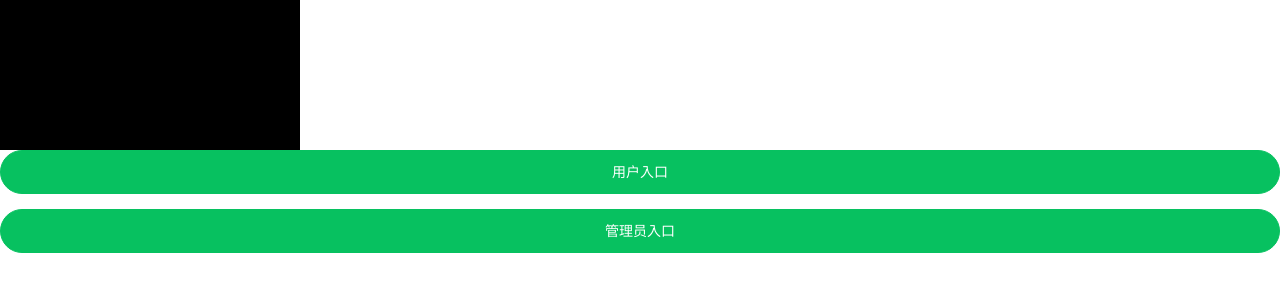
Repository: fisher002/sports
Page: /
The author's editor kept a copy of each file at every save. The page is drawn from the files as they stood at one save, then again after the next save.
The browser window is 1280 px wide. The pictures show the whole page.
The project was rebuilt for these pictures with package versions that can differ from the ones it lists, and the page was loaded fresh each time. Also part of the build but not shown: src/components/public/bottom.vue, src/views/mobile-index/indexUrl.js, src/views/mobile-admin/admin-login/loginUrl.js, src/components/public/top.vue, src/views/mobile-index/mobileIndex.vue, src/utils/comUtils.js, src/views/mobile-index/index.vue, src/views/mobile-index/detailcompate.vue and 68 more.

Above is the page before, as saved 2020-05-04 13:10:30.

### index.html
<!DOCTYPE html>
<html>
  <head>
    <meta charset="utf-8">
    <meta name="viewport" content="width=device-width,initial-scale=1.0">
    <title>sports</title>
  </head>
  <body>
    <div id="app"></div>
    <!-- built files will be auto injected -->
  </body>
</html>

### src/main.js
// The Vue build version to load with the `import` command
// (runtime-only or standalone) has been set in webpack.base.conf with an alias.
import Vue from 'vue'
import App from './App'
import router from './router'
import Vant from 'vant';
import { Toast } from "vant";
import { Dialog } from 'vant';
import 'vant/lib/index.css';

Vue.use(Toast);
Vue.use(Dialog);
Vue.use(Vant);
Vue.config.productionTip = false

/* eslint-disable no-new */
new Vue({
  el: '#app',
  router,
  components: { App },
  template: '<App/>'
})

### src/App.vue
<template>
  <div id="app">
    <router-view v-if="isRouterAlive" />
  </div>
</template>

<script>
import { Toast } from "vant";
export default {
  name: 'App',
  provide() {
    //父组件中通过provide来提供变量，在子组件中通过inject来注入变量。
    return {
      reload: this.reload
    };
  },
  data() {
    return {
      isRouterAlive: true, //控制视图是否显示的变量
    };
  },
  methods: {
    reload() {
      this.isRouterAlive = false; //先关闭，
      this.$nextTick(function() {
        this.isRouterAlive = true; //再打开
      });
    }
  }
}
</script>

<style>
#app {
  font-family: 'Avenir', Helvetica, Arial, sans-serif;
  -webkit-font-smoothing: antialiased;
  -moz-osx-font-smoothing: grayscale;
  text-align: center;
  color: #2c3e50;
  /* margin-top: 60px; */
}
</style>

### src/router/index.js
import Vue from 'vue'
import Router from 'vue-router'
// import HelloWorld from '@/components/HelloWorld'
// 用户路由
import defaultIndex from '@/views/index'
import mobileIndex from '@/views/mobile-index/mobileIndex'
import index from '@/views/mobile-index/index'
import detailcompate from '@/views/mobile-index/detailcompate'
import login from '@/views/mobile-index/login'
import listmine from '@/views/mobile-mine/listmine'
import detailmine from '@/views/mobile-mine/detailmine'
import listscore from '@/views/mobile-mine/listscore'
import listmessage from '@/views/mobile-mine/listmessage'
import refereemanage from '@/views/mobile-mine/refereeManage'
import listcontestant from '@/views/mobile-mine/listcontestant'
import signupmine from '@/views/mobile-mine/signupmine'
import listitem from '@/views/mobile-item/listitem'
import detailitem from '@/views/mobile-item/detailitem'
import listcomment from '@/views/mobile-comment/listcomment'
import commentusers from '@/views/mobile-comment/commentusers'
import listtournament from '@/views/mobile-tournament/listtournament'
import alltournaments from '@/views/mobile-tournament/alltournaments'
import chatusers from '@/views/mobile-tournament/chatusers'

// 管理员路由
import adminIndex from '@/views/mobile-admin/adminIndex'
import adminlogin from '@/views/mobile-admin/admin-login/adminLogin'
// 赛前
import preindex from '@/views/mobile-admin/admin-pregame/preindex'
import releasegames from '@/views/mobile-admin/admin-pregame/releasegames'
import listgames from '@/views/mobile-admin/admin-pregame/listgames'
import editcompate from '@/views/mobile-admin/admin-pregame/editcompate'
import registermanagement from '@/views/mobile-admin/admin-pregame/registercompate/registermanagement'
import registerpeople from '@/views/mobile-admin/admin-pregame/registercompate/registerpeople'
import listcompateplay from '@/views/mobile-admin/admin-pregame/playermanage/listcompateplay'
import playermanagement from '@/views/mobile-admin/admin-pregame/playermanage/playermanagement'
import listcompatereferee from '@/views/mobile-admin/admin-pregame/refereemanage/listcompatereferee'
import refereemanagement from '@/views/mobile-admin/admin-pregame/refereemanage/refereemanagement'
import listequipment from '@/views/mobile-admin/admin-pregame/equipmentmanage/listequipment'
// 赛中
import middleindex from '@/views/mobile-admin/admin-middle/middleindex'
import listcompates from '@/views/mobile-admin/admin-middle/compatescore/listcompates'
import listcompatescore from '@/views/mobile-admin/admin-middle/compatescore/listcompatescore'
import listfinalperson from '@/views/mobile-admin/admin-middle/finalperson/listfinalperson'
import detailfinalperson from '@/views/mobile-admin/admin-middle/finalperson/detailfinalperson'
// 赛后
import afterindex from '@/views/mobile-admin/admin-after/afterindex'
import listbackmsg from '@/views/mobile-admin/admin-after/feedbackmsg/listbackmsg'
import listcompatewonderful from '@/views/mobile-admin/admin-after/compatewonderful/listcompatewonderful'
import detailwonderful from '@/views/mobile-admin/admin-after/compatewonderful/detailwonderful'
import listcompatenews from '@/views/mobile-admin/admin-after/compatenews/listcompatenews'
import detailcomnews from '@/views/mobile-admin/admin-after/compatenews/detailcomnews'
import listoutlaycompate from '@/views/mobile-admin/admin-after/compateoutlay/listoutlaycompate'
import detailoutlay from '@/views/mobile-admin/admin-after/compateoutlay/detailoutlay'
import listoutlaysum from '@/views/mobile-admin/admin-after/outlaysum/listoutlaysum'
import detailsumlist from '@/views/mobile-admin/admin-after/outlaysum/detailsumlist'

Vue.use(Router)

export default new Router({
  routes: [
    {
      path: '/',
      name: 'index',
      component: defaultIndex,
    },
    {
      path: '/user',
      name: 'mobileIndex',
      component: mobileIndex,
      redirect: '/user/index',
      children: [
        {
          path: '/user/index',
          name: 'index',
          meta: {
            label: "首页"
          },
          component: index
        },
        {
          path: '/user/detailcompate',
          name: 'detailcompate',
          meta: {
            label: "赛事详情"
          },
          component: detailcompate
        },
        {
          path: '/user/listmine',
          name: 'listmine',
          meta: {
            label: "我的"
          },
          component: listmine
        },
        {
          path: '/user/detailmine',
          name: 'detailmine',
          meta: {
            label: "我的信息"
          },
          component: detailmine
        },
        {
          path: '/user/refereemanage',
          name: 'refereemanage',
          meta: {
            label: "我的赛事管理"
          },
          component: refereemanage
        },
        {
          path: '/user/listcontestant',
          name: 'listcontestant',
          meta: {
            label: "运动员管理"
          },
          component: listcontestant
        },
        {
          path: '/user/signupmine',
          name: 'signupmine',
          meta: {
            label: "我的报名"
          },
          component: signupmine
        },
        {
          path: '/user/listscore',
          name: 'listscore',
          meta: {
            label: "我的成绩"
          },
          component: listscore
        },
        {
          path: '/user/listmessage',
          name: 'listmessage',
          meta: {
            label: "我的消息"
          },
          component: listmessage
        },
        {
          path: '/user/listitem',
          name: 'listitem',
          meta: {
            label: "项目"
          },
          component: listitem
        },
        {
          path: '/user/detailitem',
          name: 'detailitem',
          meta: {
            label: "项目列表"
          },
          component: detailitem
        },
        {
          path: '/user/listcomment',
          name: 'listcomment',
          meta: {
            label: "评论"
          },
          component: listcomment
        },
        {
          path: '/user/commentusers',
          name: 'commentusers',
          meta: {
            label: "赛事评论"
          },
          component: commentusers
        },
        {
          path: '/user/listtournament',
          name: 'listtournament',
          meta: {
            label: "赛事"
          },
          component: listtournament
        },
        {
          path: '/user/alltournaments',
          name: 'alltournaments',
          meta: {
            label: "全部赛事时间"
          },
          component: alltournaments
        },
        {
          path: '/user/chatusers',
          name: 'chatusers',
          meta: {
            label: "赛事实时信息"
          },
          component: chatusers
        },
      ]
    },
    {
      path: '/admin',
      name: 'adminIndex',
      component: adminIndex,
      redirect: '/admin/preindex',
      children: [
        {
          path: '/admin/preindex',
          name: 'preindex',
          meta: {
            label: "赛前"
          },
          component: preindex
        },
        {
          path: '/admin/releasegames',
          name: 'releasegames',
          meta: {
            label: "赛事发布"
          },
          component: releasegames
        },
        {
          path: '/admin/listgames',
          name: 'listgames',
          meta: {
            label: "赛事修改列表"
          },
          component: listgames
        },
        {
          path: '/admin/editcompate',
          name: 'editcompate',
          meta: {
            label: "赛事修改"
          },
          component: editcompate
        },
        {
          path: '/admin/registermanagement',
          name: 'registermanagement',
          meta: {
            label: "赛事报名管理"
          },
          component: registermanagement
        },
        {
          path: '/admin/registerpeople',
          name: 'registerpeople',
          meta: {
            label: "报名学生"
          },
          component: registerpeople
        },
        {
          path: '/admin/listcompateplay',
          name: 'listcompateplay',
          meta: {
            label: "运动员管理"
          },
          component: listcompateplay
        },
        {
          path: '/admin/playermanagement',
          name: 'playermanagement',
          meta: {
            label: "运动员列表"
          },
          component: playermanagement
        },
        {
          path: '/admin/listcompatereferee',
          name: 'listcompatereferee',
          meta: {
            label: "裁判管理"
          },
          component: listcompatereferee
        },
        {
          path: '/admin/refereemanagement',
          name: 'refereemanagement',
          meta: {
            label: "裁判列表"
          },
          component: refereemanagement
        },
        {
          path: '/admin/listequipment',
          name: 'listequipment',
          meta: {
            label: "设备添加"
          },
          component: listequipment
        },
        {
          path: '/admin/middleindex',
          name: 'middleindex',
          meta: {
            label: "赛中"
          },
          component: middleindex
        },
        {
          path: '/admin/listcompates',
          name: 'listcompates',
          meta: {
            label: "赛事列表"
          },
          component: listcompates
        },
        {
          path: '/admin/listcompatescore',
          name: 'listcompatescore',
          meta: {
            label: "赛事成绩"
          },
          component: listcompatescore
        },
        {
          path: '/admin/listfinalperson',
          name: 'listfinalperson',
          meta: {
            label: "赛事列表"
          },
          component: listfinalperson
        },
        {
          path: '/admin/detailfinalperson',
          name: 'detailfinalperson',
          meta: {
            label: "决赛名单添加"
          },
          component: detailfinalperson
        },
        {
          path: '/admin/afterindex',
          name: 'afterindex',
          meta: {
            label: "赛后"
          },
          component: afterindex
        },
        {
          path: '/admin/listbackmsg',
          name: 'listbackmsg',
          meta: {
            label: "反馈信息列表"
          },
          component: listbackmsg
        },
        {
          path: '/admin/listcompatewonderful',
          name: 'listcompatewonderful',
          meta: {
            label: "赛事资源"
          },
          component: listcompatewonderful
        },
        {
          path: '/admin/detailwonderful',
          name: 'detailwonderful',
          meta: {
            label: "赛事资源发布"
          },
          component: detailwonderful
        },
        {
          path: '/admin/listcompatenews',
          name: 'listcompatenews',
          meta: {
            label: "赛事新闻"
          },
          component: listcompatenews
        },
        {
          path: '/admin/detailcomnews',
          name: 'detailcomnews',
          meta: {
            label: "赛事新闻发布"
          },
          component: detailcomnews
        },
        {
          path: '/admin/listoutlaycompate',
          name: 'listoutlaycompate',
          meta: {
            label: "赛事列表"
          },
          component: listoutlaycompate
        },
        {
          path: '/admin/detailoutlay',
          name: 'detailoutlay',
          meta: {
            label: "赛事经费添加"
          },
          component: detailoutlay
        },
        {
          path: '/admin/listoutlaysum',
          name: 'listoutlaysum',
          meta: {
            label: "赛事列表"
          },
          component: listoutlaysum
        },
        {
          path: '/admin/detailsumlist',
          name: 'detailsumlist',
          meta: {
            label: "赛事统计列表"
          },
          component: detailsumlist
        },
      ]
    },
    {
      path: '/login',
      name: 'login',
      meta: {
        label: "用户登录"
      },
      component: login
    },
    {
      path: '/adminlogin',
      name: 'adminlogin',
      meta: {
        label: "管理员登录"
      },
      component: adminlogin
    },
  ]
})

### src/views/index.vue
<template>
  <div class="index">
    <div class="btn">
      <van-button to="/user" type="primary" block round>用户入口</van-button>
      <div class="hide"></div>
      <van-button to="/adminlogin" type="primary" block round>管理员入口</van-button>
    </div>
    <canvas ref="myCanvas" class="canvas"></canvas>
  </div>
</template>
<script>
export default {
  data() {
    return {
      canvas: null,
      height: null,
      width: null
    };
  },
  created() {
    window.addEventListener("resize", this.getWindowInfo); //注册监听器
    this.getWindowInfo(); //页面创建时先调用一次
  },
  mounted() {
    let vm = this;
    $(window).resize(function() {
      vm.height = $(window).height() - 200;
    });
    this.canvas = this.$refs.myCanvas;
    this.canvas.height = this.height;
    this.canvas.width = this.width;
  },
  methods: {
    /**获取屏幕宽高 */
    getWindowInfo() {
      this.height = document.documentElement.clientHeight;
      this.width = document.documentElement.clientWidth;
    }
  },
  destroyed() {
    window.removeEventListener("resize", this.getWindowInfo);
  }
};
</script>
<style lang="scss" scoped>
.index {
  position: relative;
  .btn {
    position: fixed;
    width: 100%;
    padding: 150px 0px;
    z-index: 999;
    .hide {
      width: 100%;
      margin: 15px 0;
    }
  }
  .canvas {
    z-index: 990;
    position: absolute;
    left: 0;
    background: #000000;
  }
}
</style>

After the next save:
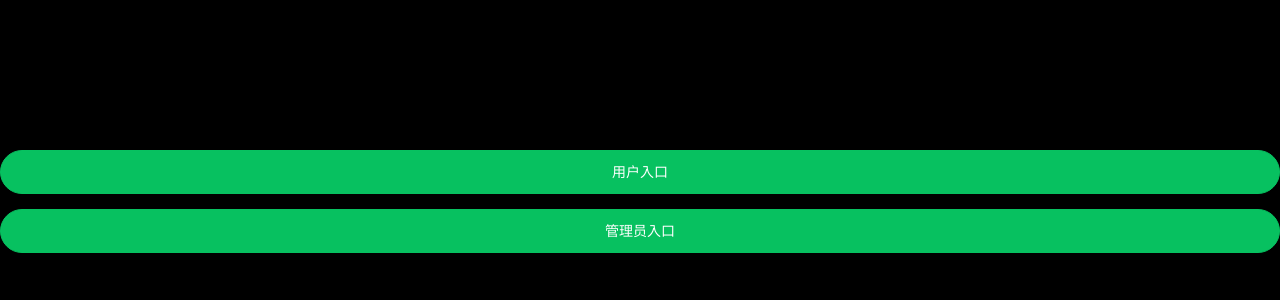
Saved 33 s later.
--- a/src/views/index.vue
+++ b/src/views/index.vue
@@ -22,10 +22,6 @@
     this.getWindowInfo(); //页面创建时先调用一次
   },
   mounted() {
-    let vm = this;
-    $(window).resize(function() {
-      vm.height = $(window).height() - 200;
-    });
     this.canvas = this.$refs.myCanvas;
     this.canvas.height = this.height;
     this.canvas.width = this.width;
